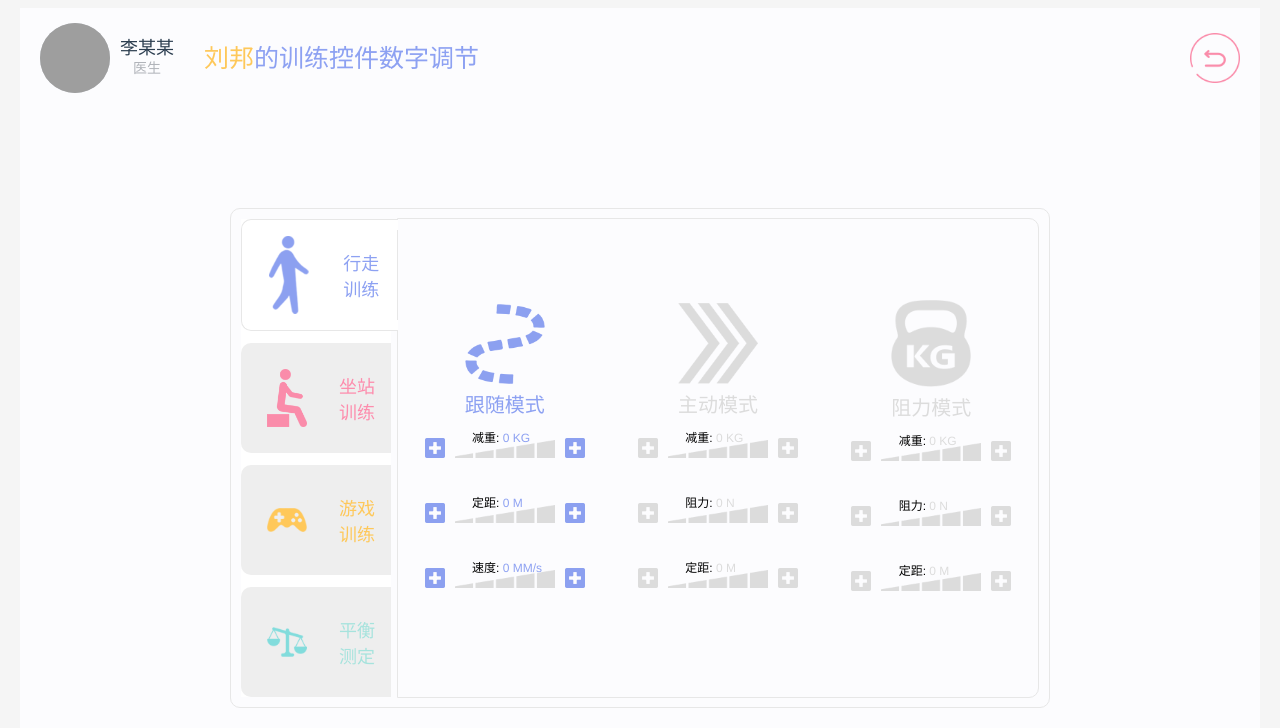
Repository: wangdanqing90/electron-vue-doctor
Page: /#/trainingAdjust
An editor plug-in stored every save of this project. The page is shown before and after the next save, followed by the edit.
The browser window is 1280 px wide. The pictures show the whole page.
Pictures or frames that could not be fetched are drawn as grey boxes. The project was rebuilt for these pictures with package versions that can differ from the ones it lists, and the page was loaded fresh each time. Also part of the build but not shown: vue.config.js, src/views/Home.vue, src/assets/styles/variable.scss, src/assets/styles/iconfont.css.

Above is the page before, as saved 2020-01-15 14:56:16.

After the next save:
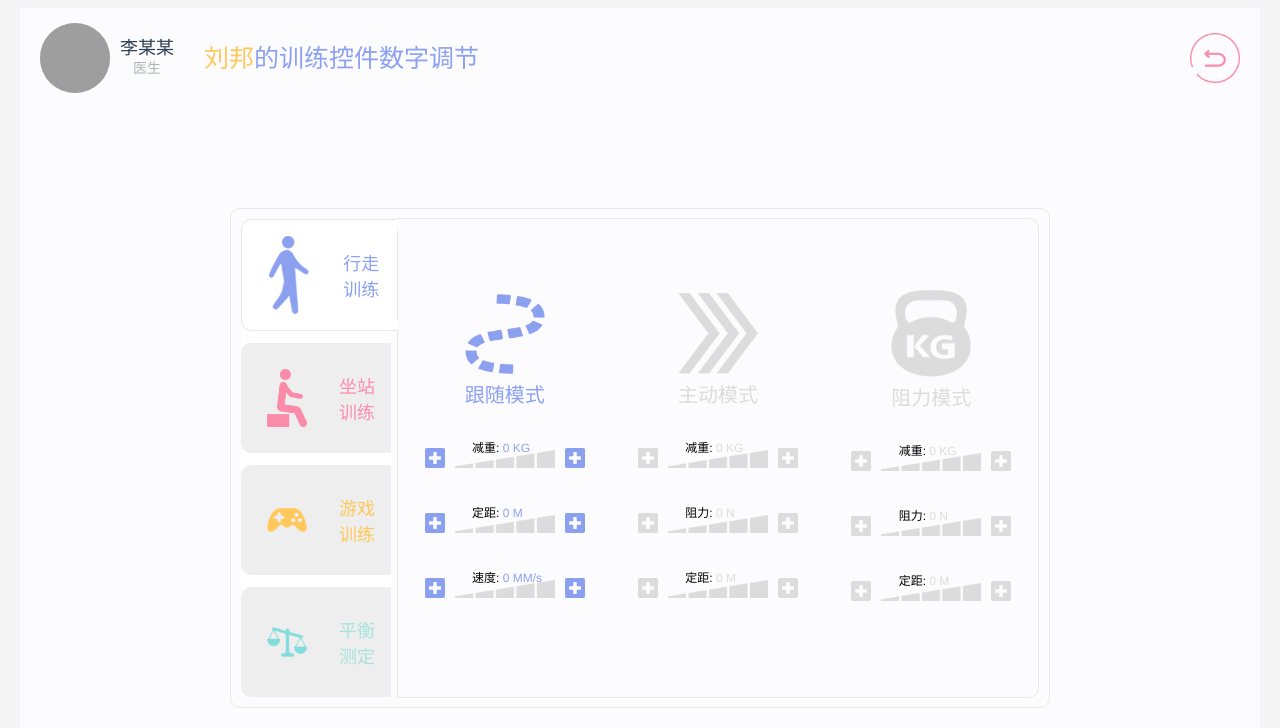
Saved 55 s later.
--- a/src/components/Adjust/AdjustContiner.vue
+++ b/src/components/Adjust/AdjustContiner.vue
@@ -144,6 +144,7 @@ export default {
   width: 210px;
   padding: 30px 20px;
   .top {
+    padding: 0 0 20px 0;
     font-size: 20px;
     img {
       width: 80px;
